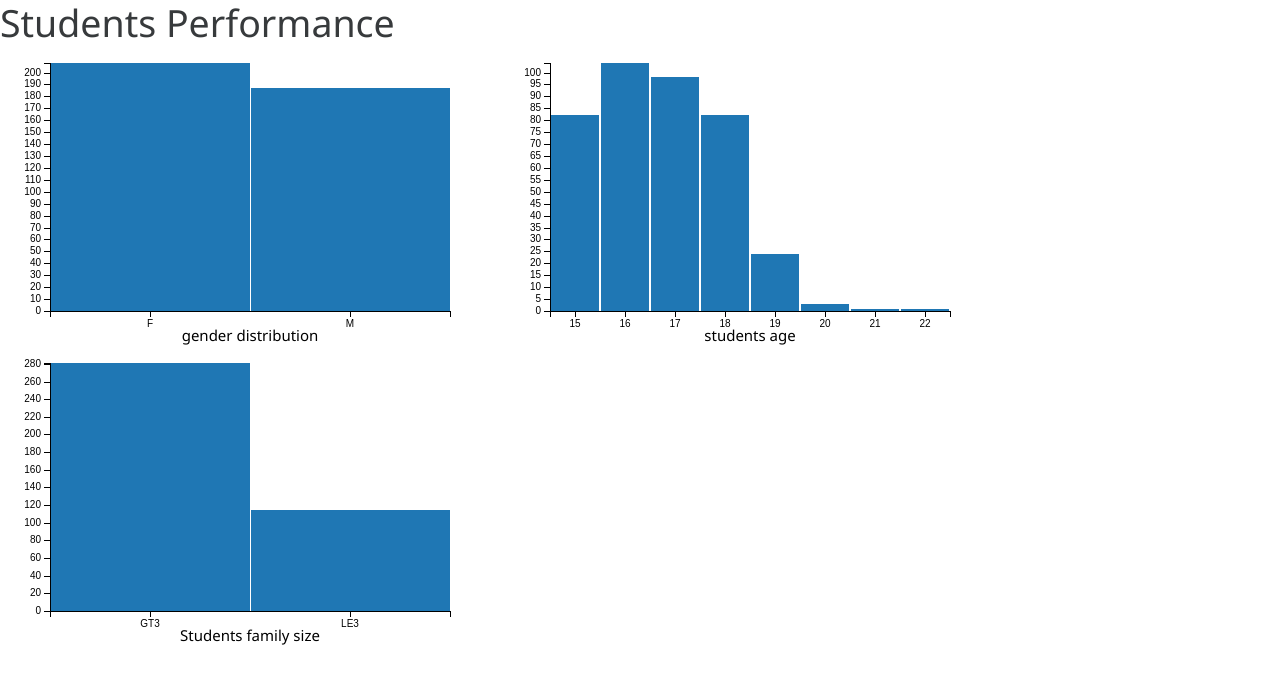
Repository: Baal89/second-milestone-project
Page: index.html
The author's editor kept a record of every edit. The page is drawn from the files as they stood at one moment, then again after the next edit.
The browser window is 1280 px wide. The pictures show the whole page.

Above is the page before.

After the next edit:
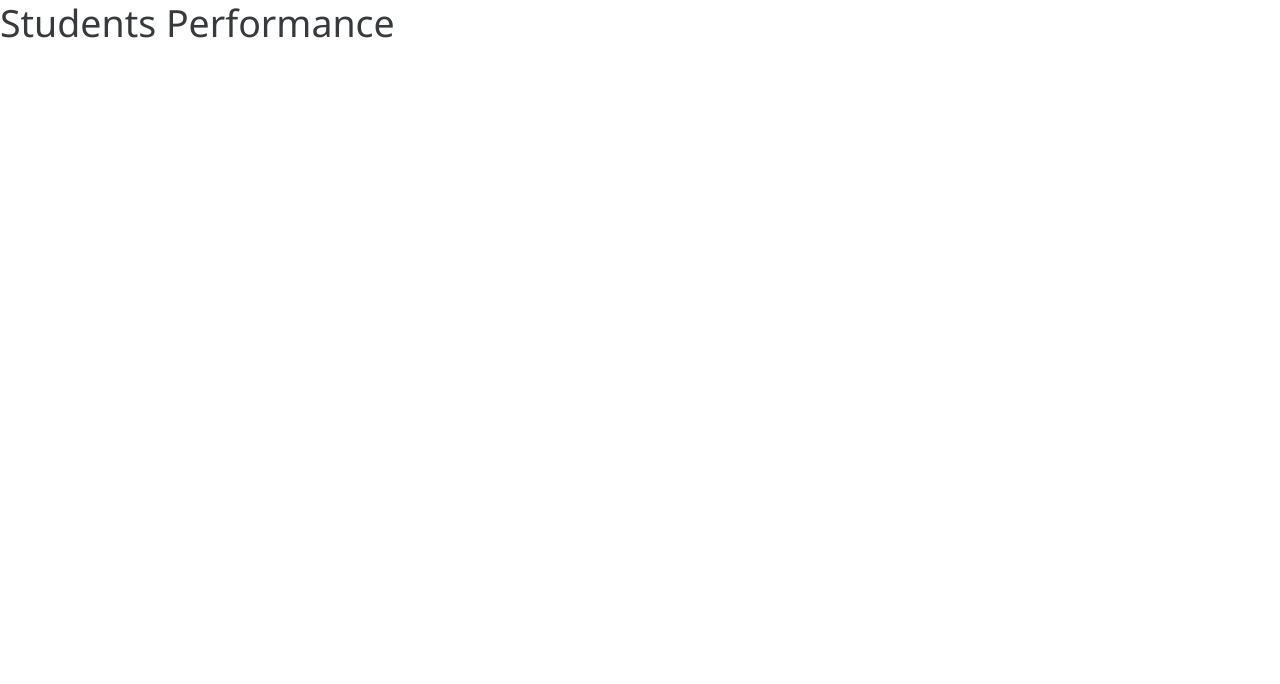
Console error: ReferenceError: show_father_education is not defined
The edit:
--- a/static/js/graph.js
+++ b/static/js/graph.js
@@ -121,8 +121,3 @@
         .legend(dc.legend().x(320).y(20).itemHeight(15).gap(5))
         .margins({ top: 10, right: 100, bottom: 30, left: 30 });
 }
-
-function show_father_education(ndx) {
-    var dim = ndx.dimension(dc.pluck("Fedu"));
-    var group = dim.group();
-}

After the edit that followed:
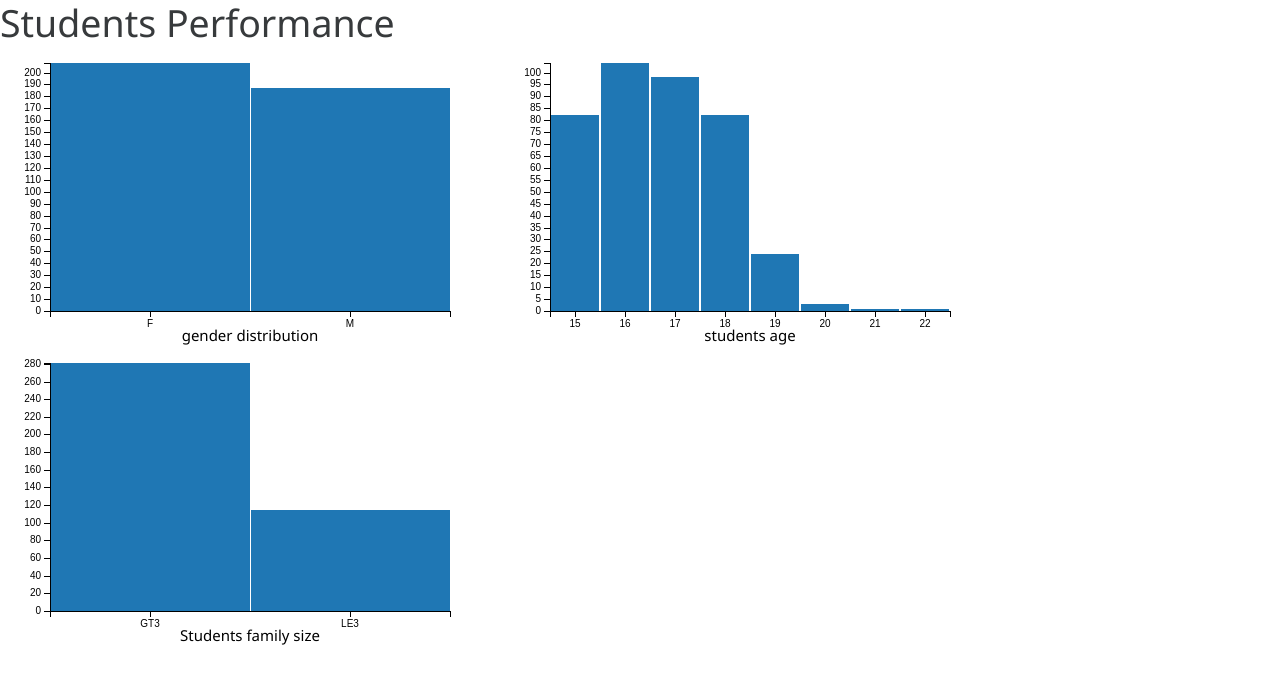
The error is gone.
The edit:
--- a/static/js/graph.js
+++ b/static/js/graph.js
@@ -9,7 +9,6 @@
     show_age_balance(ndx);
     show_family_size(ndx);
     show_mother_education(ndx);
-    show_father_education(ndx);
 
     dc.renderAll();
 }
